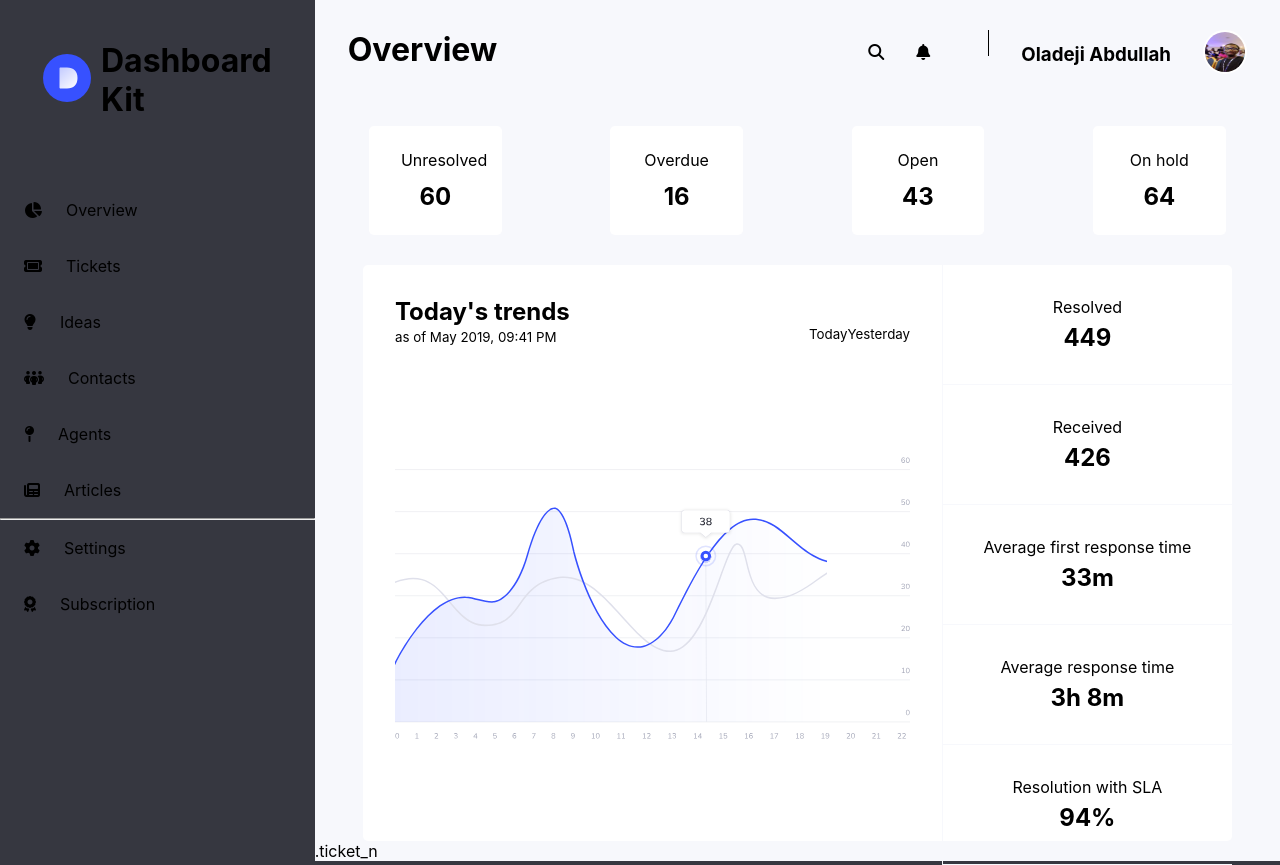
Repository: BuduCE/dashboard
Page: /
These files come from the project's save history. The page is drawn as it stood at one moment and after the next save; the edit follows.
The browser window is 1280 px wide. The pictures show the whole page.
Some web libraries are served in a nearby version. The project was rebuilt for these pictures with package versions that can differ from the ones it lists, and the page was loaded fresh each time.

Above is the page before, as saved 2022-08-04 07:45:45.

### public/index.html
<!DOCTYPE html>
<html lang="en">
  <head>
    <meta charset="utf-8" />
    <link rel="icon" href="%PUBLIC_URL%/favicon.ico" />
    <meta name="viewport" content="width=device-width, initial-scale=1" />
    <meta name="theme-color" content="#000000" />
    <meta
      name="description"
      content="Web site created using create-react-app"
    />
    <link rel="apple-touch-icon" href="%PUBLIC_URL%/logo192.png" />
    <!--
      manifest.json provides metadata used when your web app is installed on a
      user's mobile device or desktop. See https://developers.google.com/web/fundamentals/web-app-manifest/
    -->
    <link rel="manifest" href="%PUBLIC_URL%/manifest.json" />
    <!--
      Notice the use of %PUBLIC_URL% in the tags above.
      It will be replaced with the URL of the `public` folder during the build.
      Only files inside the `public` folder can be referenced from the HTML.

      Unlike "/favicon.ico" or "favicon.ico", "%PUBLIC_URL%/favicon.ico" will
      work correctly both with client-side routing and a non-root public URL.
      Learn how to configure a non-root public URL by running `npm run build`.
    -->

    <!-- Font-Awesome  -->
    <link
      rel="stylesheet" href="https://cdnjs.cloudflare.com/ajax/libs/font-awesome/6.1.1/css/all.min.css" integrity="sha512-KfkfwYDsLkIlwQp6LFnl8zNdLGxu9YAA1QvwINks4PhcElQSvqcyVLLD9aMhXd13uQjoXtEKNosOWaZqXgel0g==" crossorigin="anonymous" referrerpolicy="no-referrer"
    />
    <title>Admin Dashboard</title>
  </head>
  <body>
    <noscript>You need to enable JavaScript to run this app.</noscript>
    <div id="root"></div>
    <!--
      This HTML file is a template.
      If you open it directly in the browser, you will see an empty page.

      You can add webfonts, meta tags, or analytics to this file.
      The build step will place the bundled scripts into the <body> tag.

      To begin the development, run `npm start` or `yarn start`.
      To create a production bundle, use `npm run build` or `yarn build`.
    -->
  </body>
</html>

### src/index.css
* {
  margin: 0;
  padding: 0;
  box-sizing: border-box;
}
body {
  margin: 0;
  font-family: -apple-system, BlinkMacSystemFont, 'Segoe UI', 'Roboto', 'Oxygen',
    'Ubuntu', 'Cantarell', 'Fira Sans', 'Droid Sans', 'Helvetica Neue',
    sans-serif;
  -webkit-font-smoothing: antialiased;
  -moz-osx-font-smoothing: grayscale;
  background: rgba(54, 55, 64, 1);
}

code {
  font-family: source-code-pro, Menlo, Monaco, Consolas, 'Courier New',
    monospace;
}

### src/App.js
import './App.css';
// import Overview from './pages/Overview';
// import Header from './components/common/Header';
import Sidenav from './components/common/SideNav';
// import Login from './pages/Login';

function App() {
  return (
    <div className="App">
      <Sidenav />
    </div>
  );
}

export default App;

### src/components/common/SideNav/index.jsx
import React from 'react'
import Overview from '../../../pages/Overview'
import Header from '../Header'
import Logo from '../Logo'
import './styles.css'

const Sidenav = () => {
  return (
    <div className='dashboard'>
        <div className="navbar">
            <div className="logo">
                <Logo />
                <h1>Dashboard Kit</h1>
            </div>
            <div className="heading">
                <i className='fas fa-chart-pie'></i>
                <p>Overview</p>
            </div>
            <div className="heading">
                <i className='fas fa-ticket'></i>
                <p>Tickets</p>
            </div>
            <div className="heading">
                <i className='fas fa-lightbulb'></i>
                <p>Ideas</p>
            </div>
            <div className="heading">
                <i className='fas fa-people-group'></i>
                <p>Contacts</p>
            </div>
            <div className="heading">
                <i className='fas fa-map-pin'></i>
                <p>Agents</p>
            </div>
            <div className="heading">
                <i className='fas fa-newspaper'></i>
                <p>Articles</p>
            </div>
            <hr />
            <div className="heading">
                <i className='fas fa-gear'></i>
                <p>Settings</p>
            </div>
            <div className="heading">
                <i className='fas fa-award'></i>
                <p>Subscription</p>
            </div>

        </div>
        <div className="info">
            <Header />
            <Overview />
        </div>
    </div>
  )
}

export default Sidenav

### src/pages/Overview/index.jsx
import React from 'react'
import './styles.css'
import TrendMap from './graph.svg'

const Overview = () => {
  return (
    <div className='overview_pg'>
        {/* Specific status */}
        <div className="overview_stat">
            <div className="overview_info">
                <p>Unresolved</p>
                <h2>60</h2>
            </div>
            <div className="overview_info">
                <p>Overdue</p>
                <h2>16</h2>
            </div>
            <div className="overview_info">
                <p>Open</p>
                <h2>43</h2>
            </div>
            <div className="overview_info">
                <p>On hold</p>
                <h2>64</h2>
            </div>
        </div>

        {/* Today's trend */}
        <div className="trends">
            <div className="trends_head">
                <div className="trends_headT">
                    <div className="trend_title">
                        <h2>Today's trends</h2>
                    </div>
                    <div className="trend_title_stat">
                        <div className="trend_date">
                            <small>as of May 2019, 09:41 PM</small>
                        </div>
                        <div className="trend_day">
                            <small>Today</small>
                            <small>Yesterday</small>
                        </div>
                    </div>
                </div>

                <div className="trends_headB">
                    <img src={TrendMap} alt="Trend Chart" />
                </div>
            </div>

            <div className="trends_summary">
                <div className="summary_type">
                    <p>Resolved</p>
                    <h2>449</h2>
                </div>
                <div className="summary_type">
                    <p>Received</p>
                    <h2>426</h2>
                </div>
                <div className="summary_type">
                    <p>Average first response time</p>
                    <h2>33m</h2>
                </div>
                <div className="summary_type">
                    <p>Average response time</p>
                    <h2>3h 8m</h2>
                </div>
                <div className="summary_type">
                    <p>Resolution with SLA</p>
                    <h2>94%</h2>
                </div>
            </div>
        </div>

        .ticket_n
    </div>
  )
}

export default Overview

### src/components/common/Header/index.jsx
import React from 'react'
import './styles.css'
import budu from './budu.jpg'

const Header = () => {
  return (
    <div className='head_er'>
        <div className="headerL">
            <h1>Overview</h1>
        </div>
        <div className="headerR">
            <i className='fas fa-magnifying-glass icon'></i>
            <i className='fas fa-bell icon bell'></i>
            <h3>Oladeji Abdullah</h3>
            <img src={budu} alt="" />
        </div>
    </div>
  )
}

export default Header

### src/components/common/Logo/index.jsx
import React from 'react'
import companyLogo from './logo.svg'

const Logo = () => {
  return (
    <div>
        <img src={companyLogo} alt="" />
    </div>
  )
}

export default Logo

### src/components/common/SideNav/styles.css
.dashboard{
    display: grid;
    grid-template-columns: 1fr 4fr;
}
.navbar{
    padding: 41px 0;
}
.logo{
    display: flex;
    padding: 43px 43px;
    padding-bottom: 63px;
    padding-top: 0;
    align-items: center;
}
.logo h1{
    margin-left: 10px;
}
.heading{
    width: 100%;
    display: flex;
    padding: 18px 24px;
    align-items: center;
}
.heading p{
    margin-left: 24px;
}
.heading:hover{
    border-left: 1px solid #fff;
    color: #fff;
}
.info{
    background: #F7F8FC;
    /* height: 100vh; */
}

### src/pages/Overview/styles.css
.overview_pg{
    margin-top: 54px;
}
.overview_stat{
    display: grid;
    grid-template-columns: 1fr 1fr 1fr 1fr;
    /* justify-content: space-evenly; */
    width: 100%;
}
.overview_info{
    display: flex;
    flex-direction: column;
    text-align: center;
    /* border: 1px solid; */
    border-radius: 5px;
    padding: 24px 32px;
    background: #fff;
    box-shadow: 15px;
    width: 55%;
    margin: auto;
}
.overview_info p{
    padding-bottom: 12px;
}

/* trend  */
.trends{
    width: 90%;
    background: #fff;
    margin: auto;
    border-radius: 5px;
    height: 80vh;
    margin-top: 30px;
    display: grid;
    grid-template-columns: 2fr 1fr;
    margin-top: 30px;
}
.trends_head{
    padding: 32px;
}
.trend_title_stat{
    display: flex;
    justify-content: space-between;
}
.trend_day{
    display: flex;
    justify-content: space-evenly;
}
.trends_headB img{
    width: 100%;
    margin-top: 54px;
    height: 55vh;
}

/* summary  */
.trends_summary{
    display: grid;
    grid-template-rows: 1fr 1fr 1fr 1fr 1fr;
}
.summary_type{
    padding: 32px;
    border-left: 1px solid #F7F8FC;
    border-bottom: 1px solid #F7F8FC;
    text-align: center;
}
.summary_type p{
    margin-bottom: 6px;
}

### src/components/common/Header/styles.css
.head_er{
    display: flex;
    justify-content: space-between;
    width: 100%;
    height: 10vh;
    padding: 30px 33px;
}
.headerR{
    display: flex;
    justify-content: space-between;
    /* align-items: center; */
}
.icon{
    width: 16px;
    height: 16px;
    padding: 14px 24px;
}
.bell{
    padding-right: 72px;
}
.headerR h3{
    padding: 13px 32px;
    border-left: 1px solid #000;
}
.headerR img{
    width: 44px;
    height: 44px;
    border-radius: 50%;
    border: 2px solid #fff;
}

Loaded but not shown: src/index.js (common file); src/reportWebVitals.js (common file); src/App.css (common file)

After the next save:
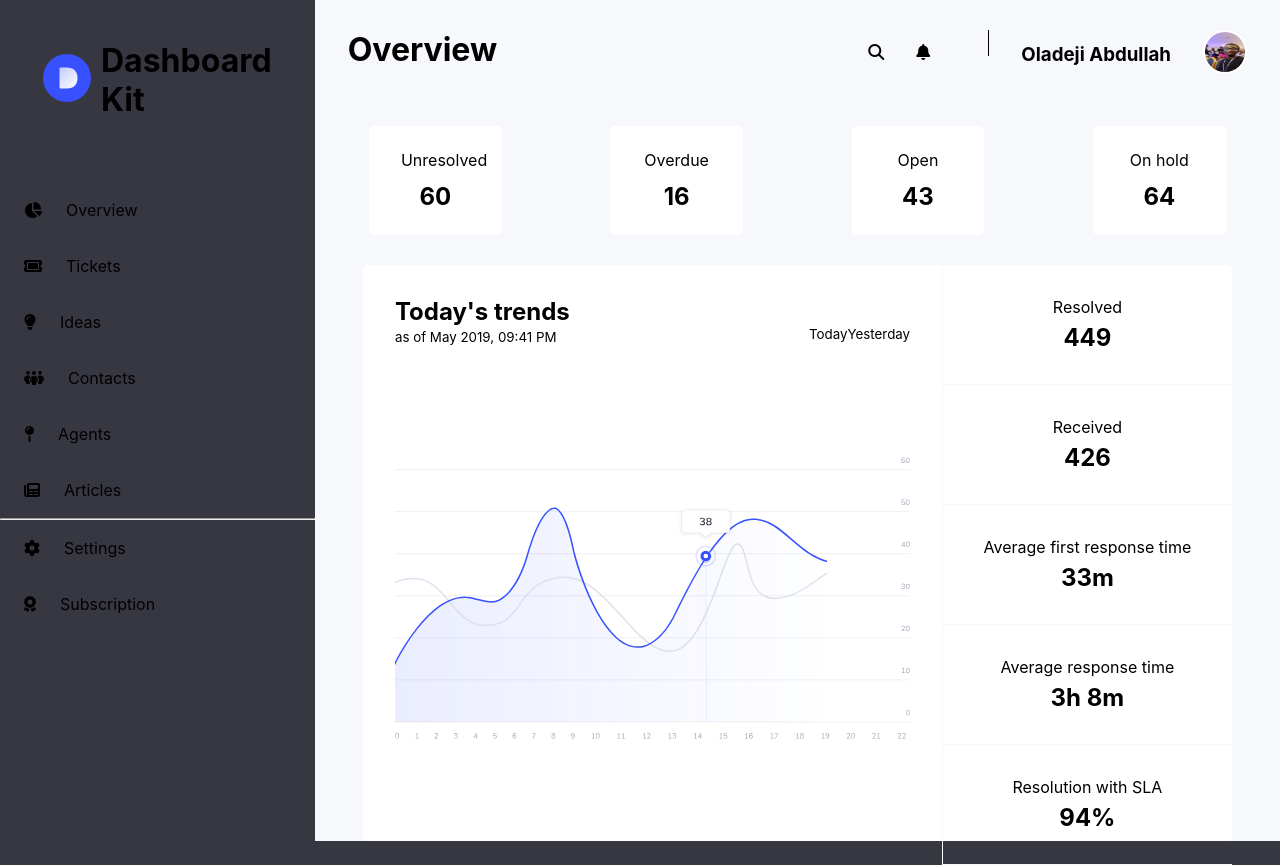
Saved 5 s later.
--- a/src/pages/Overview/index.jsx
+++ b/src/pages/Overview/index.jsx
@@ -72,7 +72,9 @@ const Overview = () => {
             </div>
         </div>
 
-        .ticket_n
+        <div className="ticket_n_task">
+
+        </div>
     </div>
   )
 }
